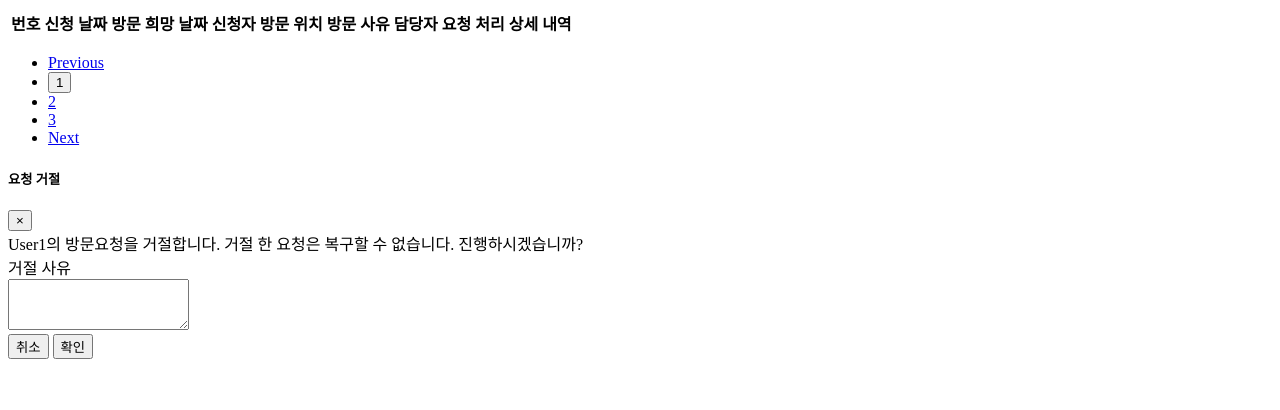
Repository: ki93/-
Page: http://localhost/fragments/admin_application_detail
These files come from the project's save history. The page is drawn as it stood at one moment and after the next save; the edit follows.
The browser window is 1280 px wide. The pictures show the whole page.
The page is this project's Thymeleaf template; nobody is signed in. The template is opened directly, without the code that normally fills it, so the values that code supplies are empty.

Above is the page before, as saved 2021-08-15 14:40:13.
Console error: ReferenceError: $ is not defined

After the next save:
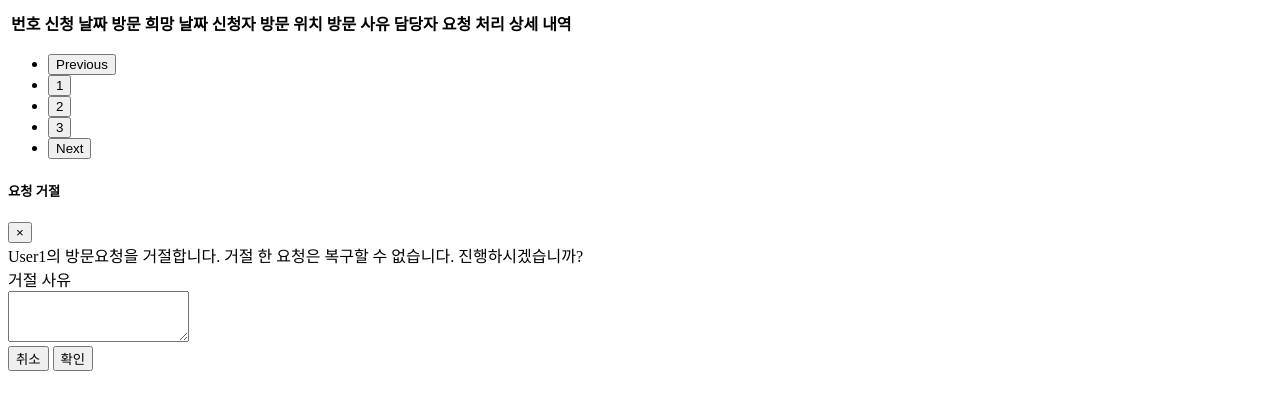
Saved 19 s later.
--- a/Visitor Management System/System/src/main/resources/templates/fragments/admin_application_detail.html
+++ b/Visitor Management System/System/src/main/resources/templates/fragments/admin_application_detail.html
@@ -57,12 +57,12 @@
 		</table>
 		<nav aria-label="Page navigation example">
 			<ul class="pagination justify-content-center">
-				<li class="page-item disabled"><a class="page-link" href="#"
-					tabindex="-1" aria-disabled="true">Previous</a></li>
-				<li class="page-item"><button class="page-link" href="#">1</a></li>
-				<li class="page-item"><a class="page-link" href="#">2</a></li>
-				<li class="page-item"><a class="page-link" href="#">3</a></li>
-				<li class="page-item"><a class="page-link" href="#">Next</a></li>
+				<li class="page-item disabled"><button class="page-link" href="#"
+					tabindex="-1" aria-disabled="true">Previous</button></li>
+				<li class="page-item"><button class="page-link" href="#">1</button></li>
+				<li class="page-item"><button class="page-link" href="#">2</button></li>
+				<li class="page-item"><button class="page-link" href="#">3</button></li>
+				<li class="page-item"><button class="page-link" href="#">Next</button></li>
 			</ul>
 		</nav>
 	</div>
